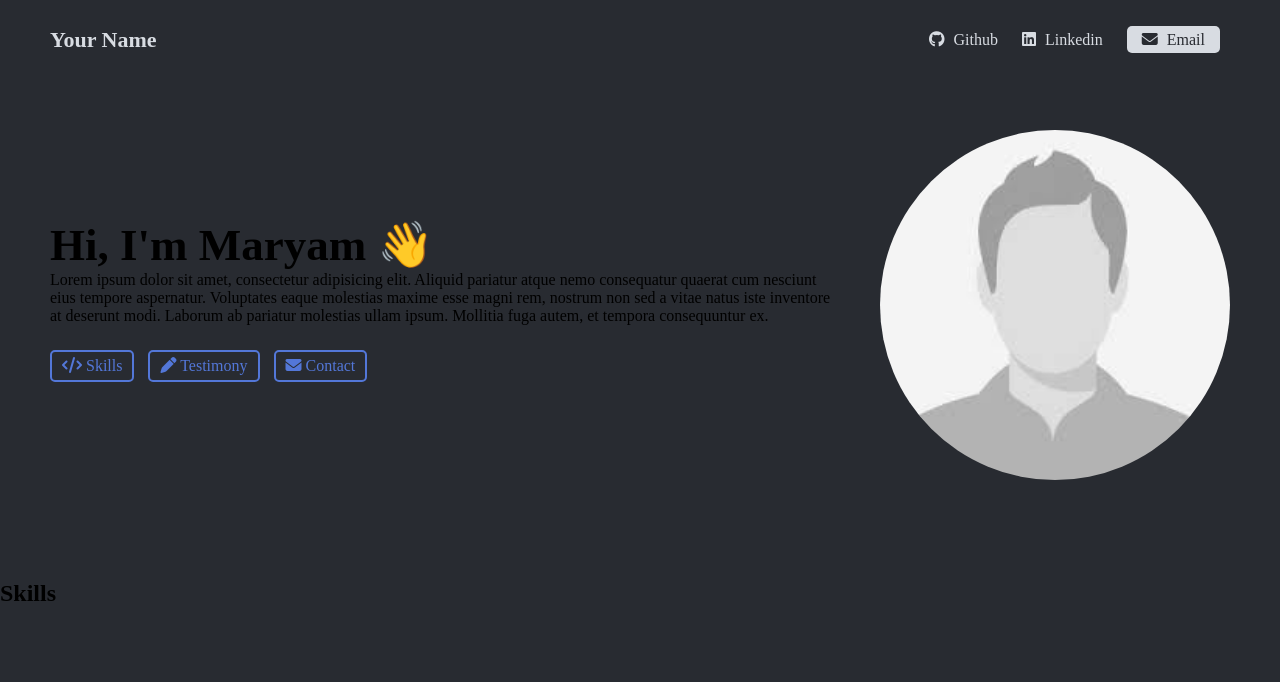
Repository: MaramMaryam/my-portfolio-test
Page: index.html
The author's editor kept a copy of each file at every save. The page is drawn from the files as they stood at one save, then again after a run of saves.
The browser window is 1280 px wide. The pictures show the whole page.
Some web libraries are served in a nearby version.

Above is the page before, as saved 2024-09-19 18:46:16.

### index.html
<!DOCTYPE html>
<html lang="en">

<head>
    <meta charset="UTF-8">
    <meta name="viewport" content="width=device-width, initial-scale=1.0">

    <link rel="preconnect" href="https://fonts.googleapis.com">
    <link rel="preconnect" href="https://fonts.gstatic.com" crossorigin>
    <link
        href="https://fonts.googleapis.com/css2?family=Poppins:ital,wght@0,100;0,200;0,300;0,400;0,500;0,600;0,700;0,800;0,900;1,100;1,200;1,300;1,400;1,500;1,600;1,700;1,800;1,900&display=swap"
        rel="stylesheet">

    <link rel="stylesheet" href="https://cdnjs.cloudflare.com/ajax/libs/font-awesome/6.6.0/css/all.min.css"
        integrity="sha512-Kc323vGBEqzTmouAECnVceyQqyqdsSiqLQISBL29aUW4U/M7pSPA/gEUZQqv1cwx4OnYxTxve5UMg5GT6L4JJg=="
        crossorigin="anonymous" referrerpolicy="no-referrer" />

    <link rel="stylesheet" href="styles.css">
    <title>My Portfolio</title>
</head>

<body>
    <!--navbar-->
    <nav>
        <div class="left">
            <a href="/"> Your Name </a>
        </div>
        <div class="right">
            <a href="http://github.com" target="_blank" rel="">
                <i class="fa-brands fa-github"></i>
                <span>Github</span>
            </a>

            <a href="http://linkedin.com" target="_blank" rel="">
                <i class="fa-brands fa-linkedin"></i>
                <span>Linkedin</span>
            </a>

            <a href="mailto:example@gmail.com">
                <i class="fa-solid fa-envelope"></i>
                <span>Email</span>
            </a>
        </div>
    </nav>
    <main>
        <!--section1-->
        <section class="hero-section">
            <div class="text">
                <h2>Hi, I'm Maryam 👋</h2>
                <p>Lorem ipsum dolor sit amet, consectetur adipisicing elit.
                    Aliquid pariatur atque nemo consequatur quaerat cum nesciunt eius tempore aspernatur.
                     Voluptates eaque molestias maxime esse magni rem, nostrum non sed a vitae natus iste inventore at deserunt modi.
                    Laborum ab pariatur molestias ullam ipsum.
                    Mollitia fuga autem, et tempora consequuntur ex.</p>

                    <div class="links">
                        <a href="#skills">
                            <i class="fa-solid fa-code"></i>
                            <span>Skills</span>
                        </a>
                        <a href="#testimony">
                            <i class="fa-solid fa-pen"></i>
                            <span>Testimony</span>
                        </a>
                        <a href="#contact">
                            <i class="fa-solid fa-envelope"></i>
                            <span>Contact</span>
                        </a>
                    </div>
            </div>
            <div class="headshot">
                <img src="images/headshot.jfif" alt="">
            </div>
        </section>
        <!--section2: skills-->
        <section id="skills">
            <h2>Skills</h2>
            <div class="text"></div>
        </section>
        <!--section3: testimony-->
        <section id="testimony"></section>
        <!--section4: contact-->
        <section id="contact"></section>
    </main>
</body>

</html>

### styles.css
:root {
    --text-color: #d8dce2;
    --link-color: #5377d8;
    --background-color: #282b31;
}
* {
    margin: 0;
    padding: 0;
    box-sizing: border-box;
}
html {
    scroll-behavior: smooth;
}
body {
    font-family: 'Poppins' sans-serif;
    background-color: var(--background-color);
}
a {
    color: var(--link-color);
    text-decoration: none;
}

/* NAVBAR */
nav {
    display: flex;
    justify-content: space-between;
    padding: 0 50px;
    height: 80px;
    align-items: center;
}
nav .left a {
    color: var(--text-color);
    font-size: 22px;
    font-weight: 600;
}
nav .right a {
    color: var(--text-color);
    margin: 0 10px;
}
nav .right a:last-child {
    color: var(--background-color);
    background-color: var(--text-color);
    padding: 5px 15px;
    border-radius: 5px;
}
nav .right a span {
    margin-left: 5px;
}
/* SECTION 1: HERO */
.hero-section {
    display: flex;
    justify-content: space-between;
    align-items: center;
    padding: 0 50px;
    margin: 50px 0;
    gap: 40px;
    margin-bottom: 100px;
}
.hero-section .text {
    flex: 5;
}
.hero-section .text h2 {
    font-size: 45px;
}
.hero-section .text .links {
    margin-top: 25px;
}
.hero-section .text .links a {
    display: inline-block;
    padding: 5px 10px;
    border: 2px solid var(--link-color);
    border-radius: 5px;
    margin-right: 10px;
    margin-bottom: 10px;
    transition: .1s;
}
.hero-section .text .links a:hover {
    color: var(--text-color);
    border: 2px solid var(--text-color);
}
.hero-section .headshot {
    flex: 2;
    display: flex;
    justify-content: right;
}
.hero-section .headshot  img {
    border-radius: 50%;
    width: 350px;
}

@media (max-width: 850px) {
    /* SECTION1 : HERO*/
    .hero-section .text h2 {
        font-size: 35px;
    }
}

@media (max-width: 740px) {
    /* SECTION1 : HERO*/
    .hero-section {
        flex-direction: column-reverse;
    }
    .hero-section .headshot img {
        width: 300px;
    }
}

@media (max-width:600px) {
    /* NAVBAR */
    nav{
        padding: 0 20px;
    }
    nav .right a {
        font-style: 22px;
    }
    nav .right a:last-child {
        color: var(--text-color);
        background-color: transparent;
        padding: 0;
    }
    nav .right a span{
        display: none;
    }

    /* SECTION1:HERO */
    .hero-section {
        padding: 0 20px;
    }
    .hero-section .text h2 {
        font-size: 30px;
    }
}

After the next 3 saves:
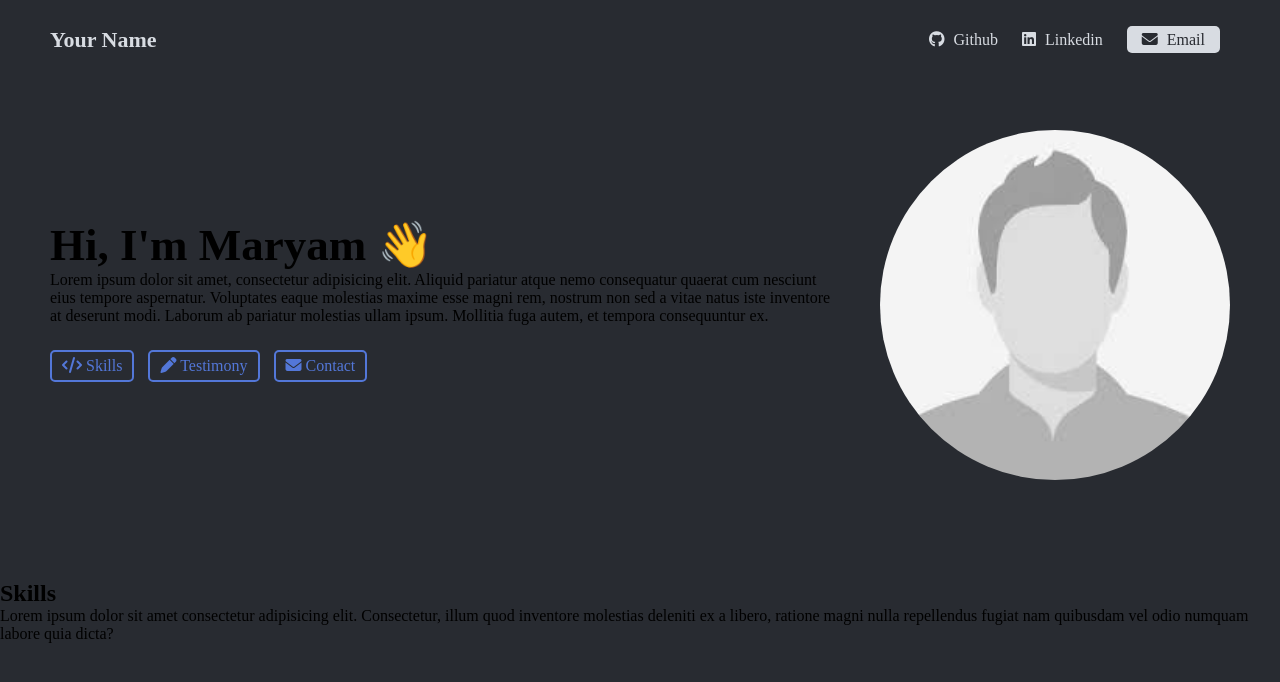
The 3 saves are shown as one change because they came seconds apart.
The last was saved 10 s later.
--- a/index.html
+++ b/index.html
@@ -75,7 +75,11 @@
         <!--section2: skills-->
         <section id="skills">
             <h2>Skills</h2>
-            <div class="text"></div>
+            <div class="text">
+                Lorem ipsum dolor sit amet consectetur adipisicing elit. Consectetur,
+                illum quod inventore molestias deleniti ex a libero,
+                ratione magni nulla repellendus fugiat nam quibusdam vel odio numquam labore quia dicta?
+            </div>
         </section>
         <!--section3: testimony-->
         <section id="testimony"></section>
